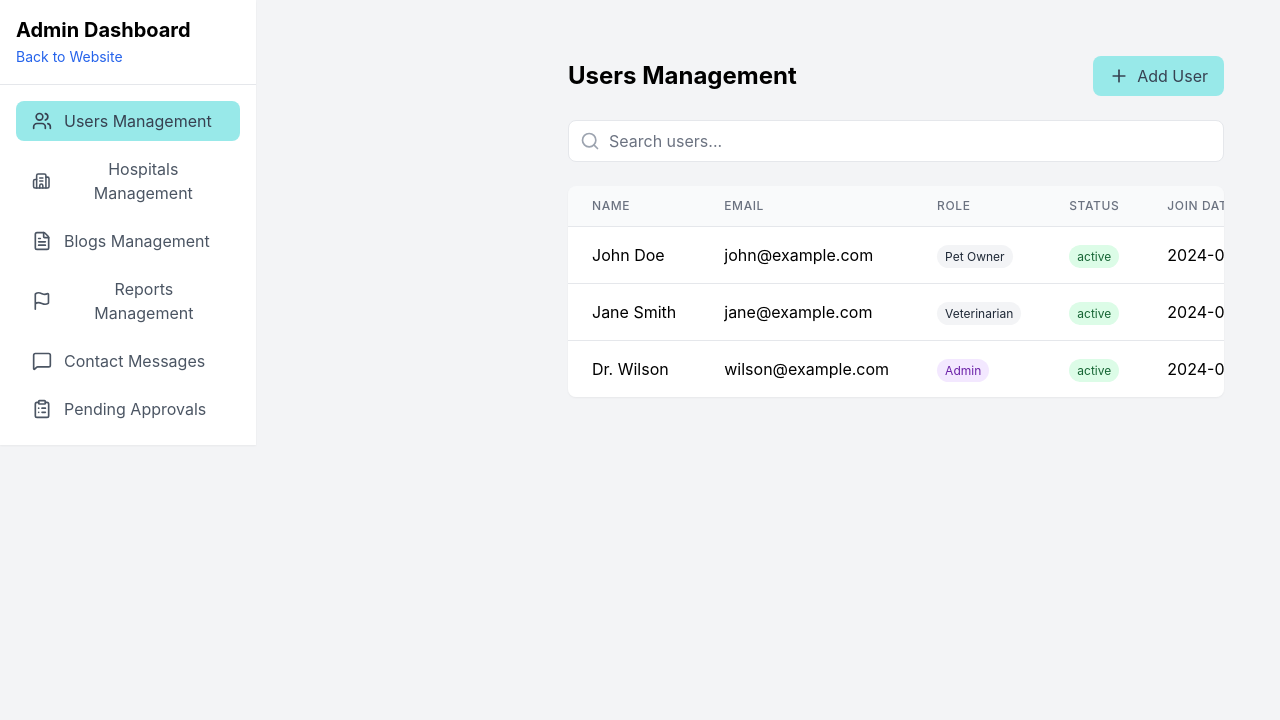
Repository: ZSayless/MyPetDoc
Page: /admin
The author's editor kept a copy of each file at every save. The page is drawn from the files as they stood at one save, then again after the next save.
The browser window is 1280 px wide. The pictures show the whole page.
The project was rebuilt for these pictures with package versions that can differ from the ones it lists, and the page was loaded fresh each time. Also part of the build but not shown: vite.config.js, src/core/ButtonLink.js, src/components/register/SelectRoleModal.js, src/services/authService.js, src/components/register/Register.js, src/core/Overlay.js, src/components/login/Login.js, src/components/layout/Header.js and 40 more.

Above is the page before, as saved 2025-01-15 22:32:55.

After the next save:
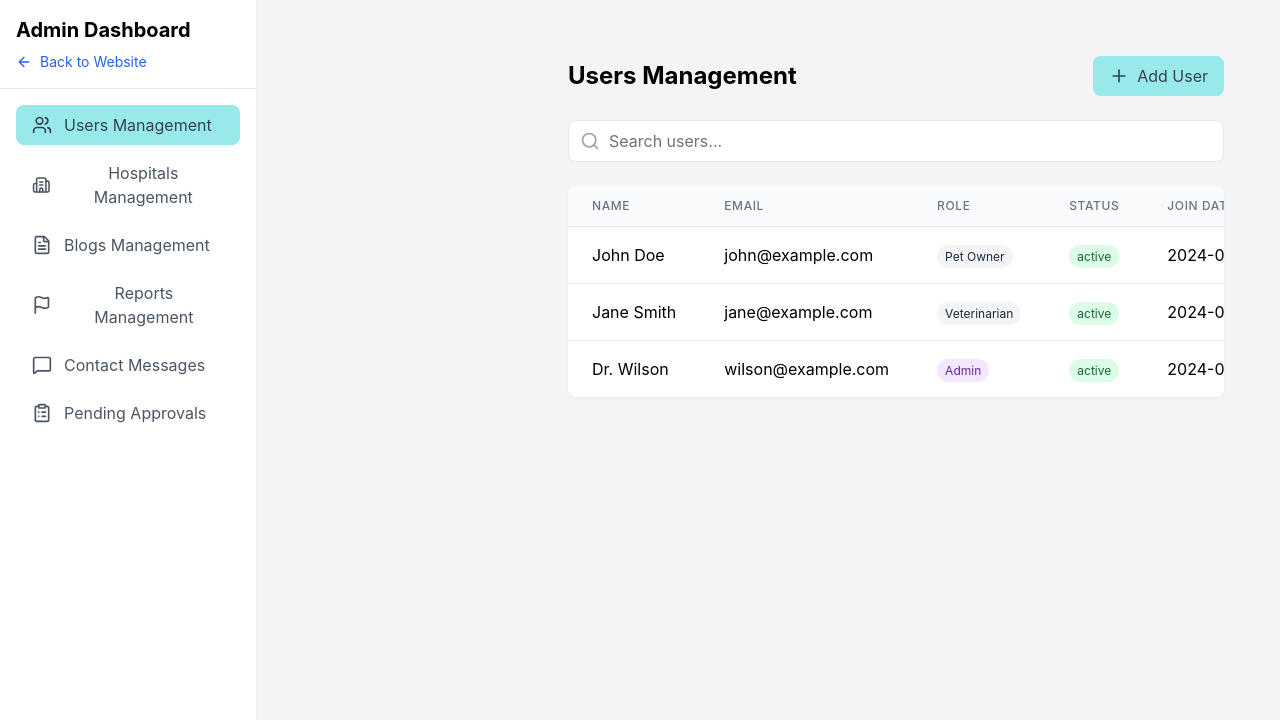
Saved 14 s later.
--- a/src/pages/admin/AdminSidebar.js
+++ b/src/pages/admin/AdminSidebar.js
@@ -6,6 +6,7 @@ import {
   Flag,
   MessageSquare,
   ClipboardList,
+  ArrowLeft
 } from "lucide-react";
 
 function AdminSidebar({ activeTab, setActiveTab }) {
@@ -19,11 +20,17 @@ function AdminSidebar({ activeTab, setActiveTab }) {
   ];
 
   return (
-    <div className="w-64 bg-white shadow-sm">
+    <div className="w-64 h-full bg-white shadow-sm">
       {/* Header */}
       <div className="p-4 border-b">
-        <h1 className="text-xl font-bold">Admin Dashboard</h1>
-        <Link to="/" className="text-sm text-blue-600 hover:text-blue-800">
+        <div className="flex items-center justify-between">
+          <h1 className="text-xl font-bold">Admin Dashboard</h1>
+        </div>
+        <Link
+          to="/"
+          className="flex items-center gap-2 text-sm text-blue-600 hover:text-blue-800 mt-2"
+        >
+          <ArrowLeft size={16} />
           Back to Website
         </Link>
       </div>
